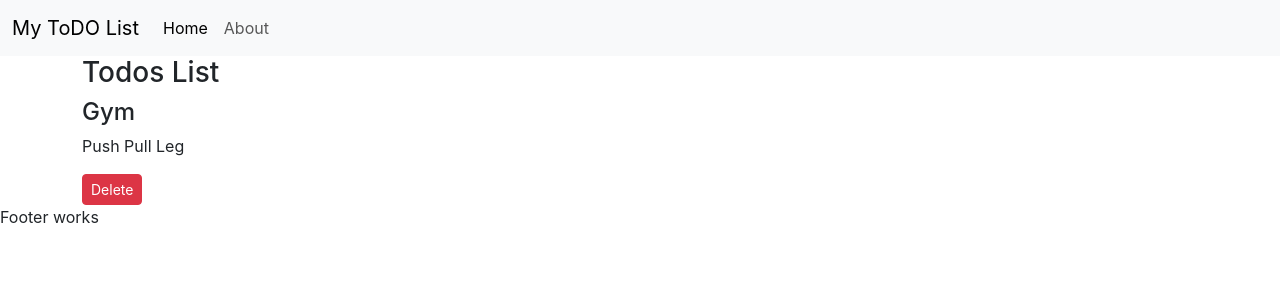
Repository: AshwinUgale/ToDoList
Page: /
The author's editor kept a copy of each file at every save. The page is drawn from the files as they stood at one save, then again after the next save.
The browser window is 1280 px wide. The pictures show the whole page.
The project was rebuilt for these pictures with package versions that can differ from the ones it lists, and the page was loaded fresh each time. Also part of the build but not shown: src/App.css.

Above is the page before, as saved 2024-12-21 11:07:46.

### public/index.html
<!DOCTYPE html>
<html lang="en">
  <head>
    <meta charset="utf-8" />
    <link rel="icon" href="%PUBLIC_URL%/favicon.ico" />
    <meta name="viewport" content="width=device-width, initial-scale=1" />
    <meta name="theme-color" content="#000000" />
    <meta
      name="description"
      content="Web site created using create-react-app"
    />
    <link rel="apple-touch-icon" href="%PUBLIC_URL%/logo192.png" />

    <link rel="manifest" href="%PUBLIC_URL%/manifest.json" />
    <link href="https://cdn.jsdelivr.net/npm/bootstrap@5.3.3/dist/css/bootstrap.min.css" rel="stylesheet" integrity="sha384-QWTKZyjpPEjISv5WaRU9OFeRpok6YctnYmDr5pNlyT2bRjXh0JMhjY6hW+ALEwIH" crossorigin="anonymous">
    <title>Todos List</title>
  </head>
  <body>
    <noscript>You need to enable JavaScript to run this app.</noscript>
    <div id="root"></div>


  </body>
  <script src="https://cdn.jsdelivr.net/npm/bootstrap@5.3.3/dist/js/bootstrap.bundle.min.js" integrity="sha384-YvpcrYf0tY3lHB60NNkmXc5s9fDVZLESaAA55NDzOxhy9GkcIdslK1eN7N6jIeHz" crossorigin="anonymous"></script>
</html>

### src/App.js

import './App.css';
import Header from './MyComponents/Header';
import {Footer} from "./MyComponents/Footer";
import {Todos} from "./MyComponents/Todos";

function App() {
  let todo = [
    {
      sno: 1,
      title: "Gym",
      desc: "Push Pull Leg"
    },
    {
      sno: 2,
      title: "Leetcode",
      desc: "Leetcode from neetcode"
    },
    {
      sno: 1,
      title: "Webdev",
      desc: "practice and develop "
    },
  ]
  return (
    <>
    <Header title="My ToDO List" searchBar={false}/>
    <Todos todo={todo}/>
    <Footer/>
    </>
  );
}

export default App;

### src/MyComponents/Header.js
import React from 'react';
import PropTypes from 'prop-types';
export default function Header({ title = "Your Title Here", searchBar = true }) {
    console.log("Props received in Header:", {title,searchBar});
  return (
    <nav className="navbar navbar-expand-lg bg-body-tertiary">
      <div className="container-fluid">
        <a className="navbar-brand" href="#">{title}</a>
        <button
          className="navbar-toggler"
          type="button"
          data-bs-toggle="collapse"
          data-bs-target="#navbarSupportedContent"
          aria-controls="navbarSupportedContent"
          aria-expanded="false"
          aria-label="Toggle navigation"
        >
          <span className="navbar-toggler-icon"></span>
        </button>
        <div className="collapse navbar-collapse" id="navbarSupportedContent">
          <ul className="navbar-nav me-auto mb-2 mb-lg-0">
            <li className="nav-item">
              <a className="nav-link active" aria-current="page" href="#">Home</a>
            </li>
            <li className="nav-item">
              <a className="nav-link" href="#">About</a>
            </li>

          </ul>
          {searchBar?<form className="d-flex" role="search">
            <input
              className="form-control me-2"
              type="search"
              placeholder="Search"
              aria-label="Search"
            />
            <button className="btn btn-outline-success" type="submit">
              Search
            </button>
          </form>:""}
        </div>
      </div>
    </nav>
  )
}

Header.defaultProps ={
    title: "Your Title Here",
    searchBar: true
}

Header.propTypes = {
    title: PropTypes.string,
    searchBar: PropTypes.bool,
  };

### src/MyComponents/Footer.js
import React from 'react'

export const Footer = () => {
  return (
    <div>
        Footer works
    </div>
  )
}

### src/MyComponents/Todos.js
import React from 'react'
import {TodoItem } from "../MyComponents/TodoItem";

export const Todos = (props) => {
  return (
    <div className="container">
        <h3 className="text-centre">Todos List</h3>
        {/* {props.todos} */}
        <TodoItem todo={props.todo[0]}/>
    </div>
  )
}

### src/MyComponents/TodoItem.js
import React from 'react'

export const TodoItem = ({todo}) => {
  return (
    <div>
        <h4>{todo.title}</h4>
        <p>{todo.desc}</p>
        <button className="btn btn-sm btn-danger">Delete</button>
    </div>
  )
}

Loaded but not shown: src/index.js (common file); src/index.css (common file); src/reportWebVitals.js (common file)

After the next save:
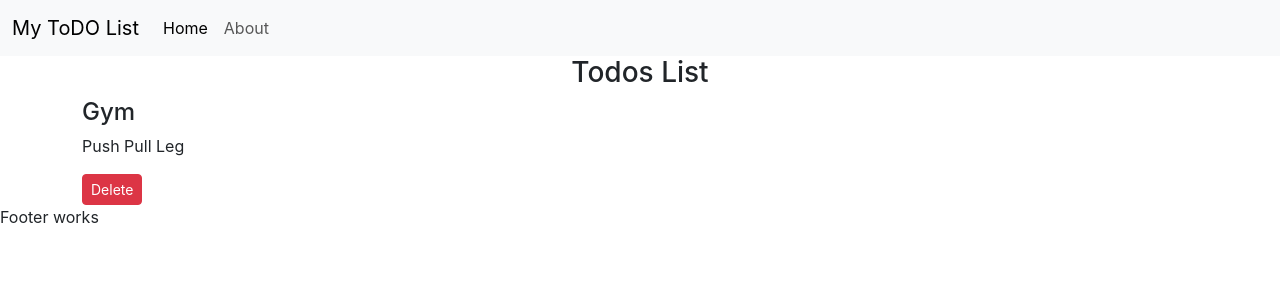
Saved 44 s later.
--- a/src/MyComponents/Todos.js
+++ b/src/MyComponents/Todos.js
@@ -4,7 +4,7 @@ import {TodoItem } from "../MyComponents/TodoItem";
 export const Todos = (props) => {
   return (
     <div className="container">
-        <h3 className="text-centre">Todos List</h3>
+        <h3 className="text-center">Todos List</h3>
         {/* {props.todos} */}
         <TodoItem todo={props.todo[0]}/>
     </div>
